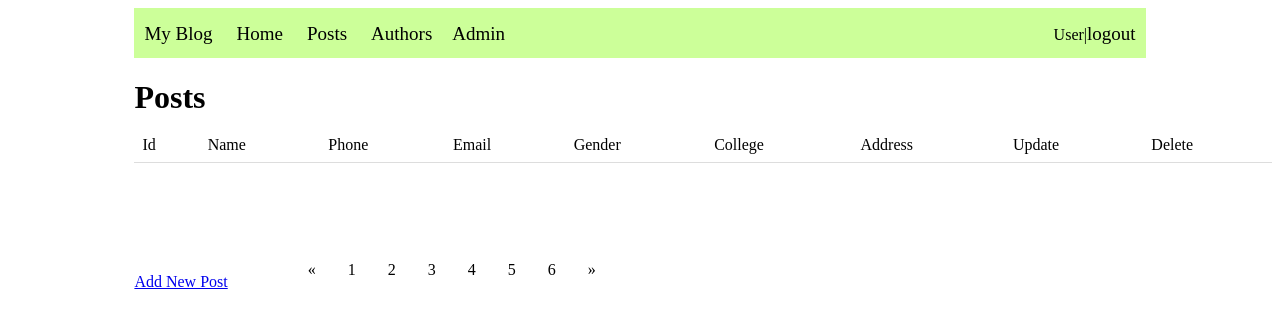
Repository: Software284/servlet-jsp-project
Page: http://localhost/Crud_WIth_Spring_Mvc_and_Hibernate_with_xml/WEB-INF/view/main.jsp
The author's editor kept a copy of each file at every save. The page is drawn from the files as they stood at one save, then again after the next save.
The browser window is 1280 px wide. The pictures show the whole page.
The page is served by Tomcat 9. Nobody is signed in. The template is opened directly, without the code that normally fills it, so the values that code supplies are empty.

Above is the page before, as saved 2020-06-13 20:47:19.

After the next save:
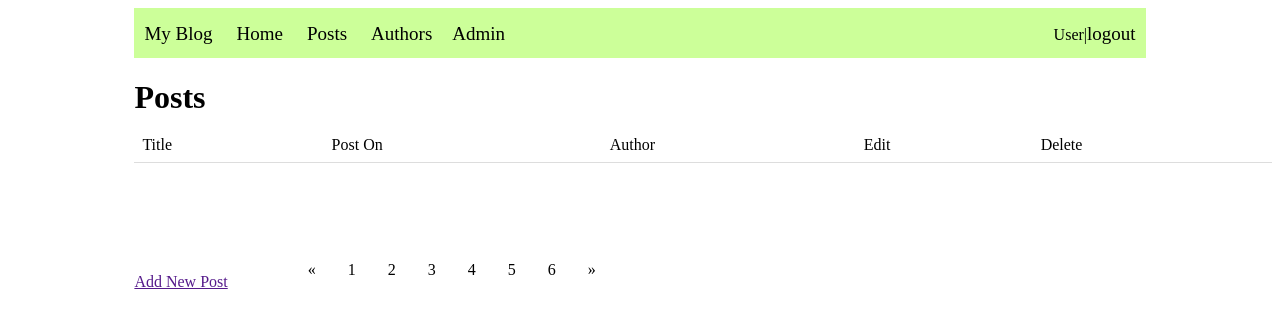
Saved 28 s later.
--- a/Crud WIth Spring Mvc and Hibernate with xml/WebContent/WEB-INF/view/main.jsp
+++ b/Crud WIth Spring Mvc and Hibernate with xml/WebContent/WEB-INF/view/main.jsp
@@ -180,14 +180,10 @@
      <table>
        <thead>
          <tr>
-            <td>Id</td>
-            <td>Name</td>
-            <td>Phone</td>
-            <td>Email</td>
-            <td>Gender</td>
-            <td>College</td>
-            <td>Address</td>
-            <td>Update</td>
+            <td>Title</td>
+            <td>Post On</td>
+            <td>Author</td>
+            <td>Edit</td>
             <td>Delete</td>
          </tr>
        </thead>
@@ -209,7 +205,7 @@
      </table>
    </form>
 
-   <a href="adduserpage" style="margin-left: 10%;">Add New Post</a>
+   <a href="" style="margin-left: 10%;">Add New Post</a>
       <div class="pagination">
   <a href="#">&laquo;</a>
   <a href="pagination.action?page=1">1</a>

After the save that followed:
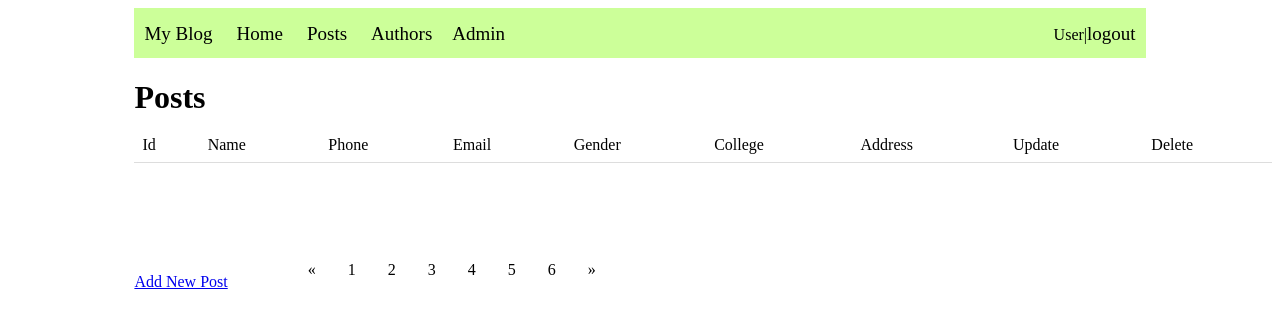
Saved 79 s later.
--- a/Crud WIth Spring Mvc and Hibernate with xml/WebContent/WEB-INF/view/main.jsp
+++ b/Crud WIth Spring Mvc and Hibernate with xml/WebContent/WEB-INF/view/main.jsp
@@ -180,10 +180,14 @@
      <table>
        <thead>
          <tr>
-            <td>Title</td>
-            <td>Post On</td>
-            <td>Author</td>
-            <td>Edit</td>
+            <td>Id</td>
+            <td>Name</td>
+            <td>Phone</td>
+            <td>Email</td>
+            <td>Gender</td>
+            <td>College</td>
+            <td>Address</td>
+            <td>Update</td>
             <td>Delete</td>
          </tr>
        </thead>
@@ -205,7 +209,7 @@
      </table>
    </form>
 
-   <a href="" style="margin-left: 10%;">Add New Post</a>
+   <a href="adduserpage" style="margin-left: 10%;">Add New Post</a>
       <div class="pagination">
   <a href="#">&laquo;</a>
   <a href="pagination.action?page=1">1</a>
